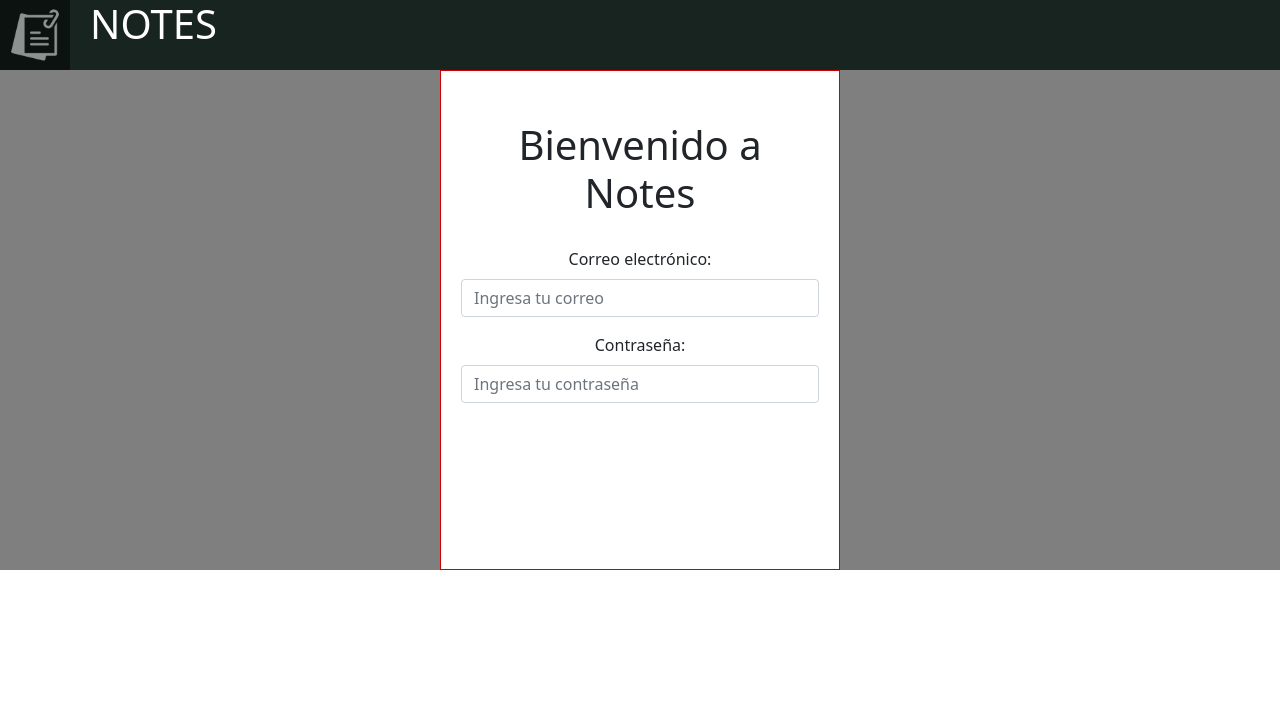
Repository: Daaira0811/TareaVue
Page: /
These files come from the project's save history. The page is drawn as it stood at one moment and after the next save; the edit follows.
The browser window is 1280 px wide. The pictures show the whole page.
The project was rebuilt for these pictures with package versions that can differ from the ones it lists, and the page was loaded fresh each time. Also part of the build but not shown: vite.config.js.

Above is the page before, as saved 2022-06-19 20:48:23.

After the next save:
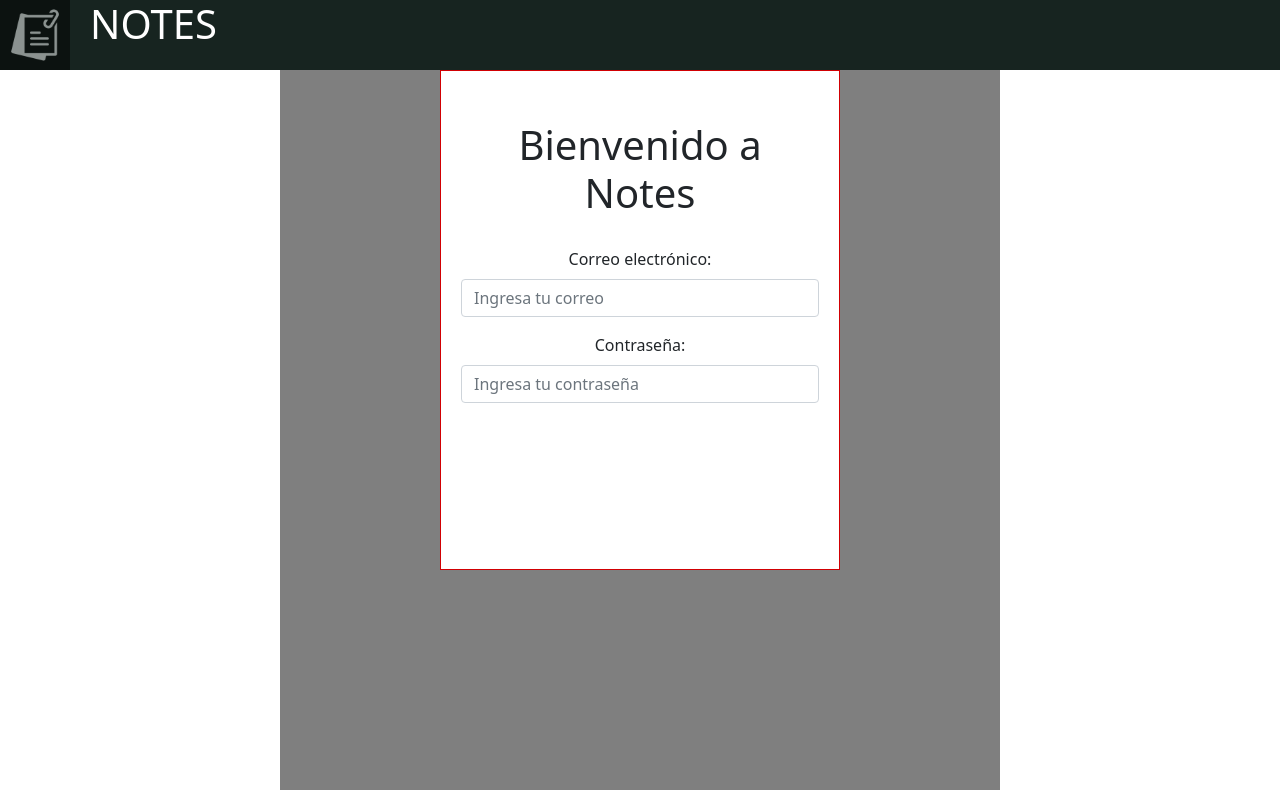
Saved 5 min 6 s later.
--- a/src/views/HomeView.vue
+++ b/src/views/HomeView.vue
@@ -61,11 +61,13 @@ h1{
 }
 #container-Modal{
   display:flex;
+  justify-content: center;
+  align-items: center;
   z-index: 9998;
   top: 0;
   left: 0;
-  width: 100%;
-  height: 100%;
+  width: 100vh;
+  height: 100vh;
   background-color: rgba(0, 0, 0, .5);
   display: table;
   transition: opacity .3s ease
